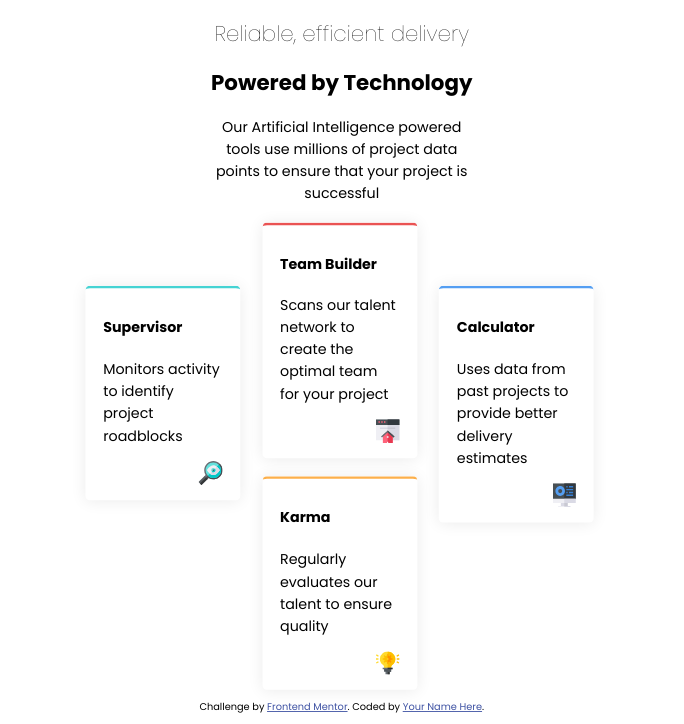
Repository: BuduCE/four-card-feature-section-master
Page: index.html
The author's editor kept a copy of each file at every save. The page is drawn from the files as they stood at one save, then again after a run of saves.
The browser window is 768 px wide. The pictures show the whole page, at 89% of full size.

Above is the page before, as saved 2023-06-06 15:53:00.

After the next 3 saves:
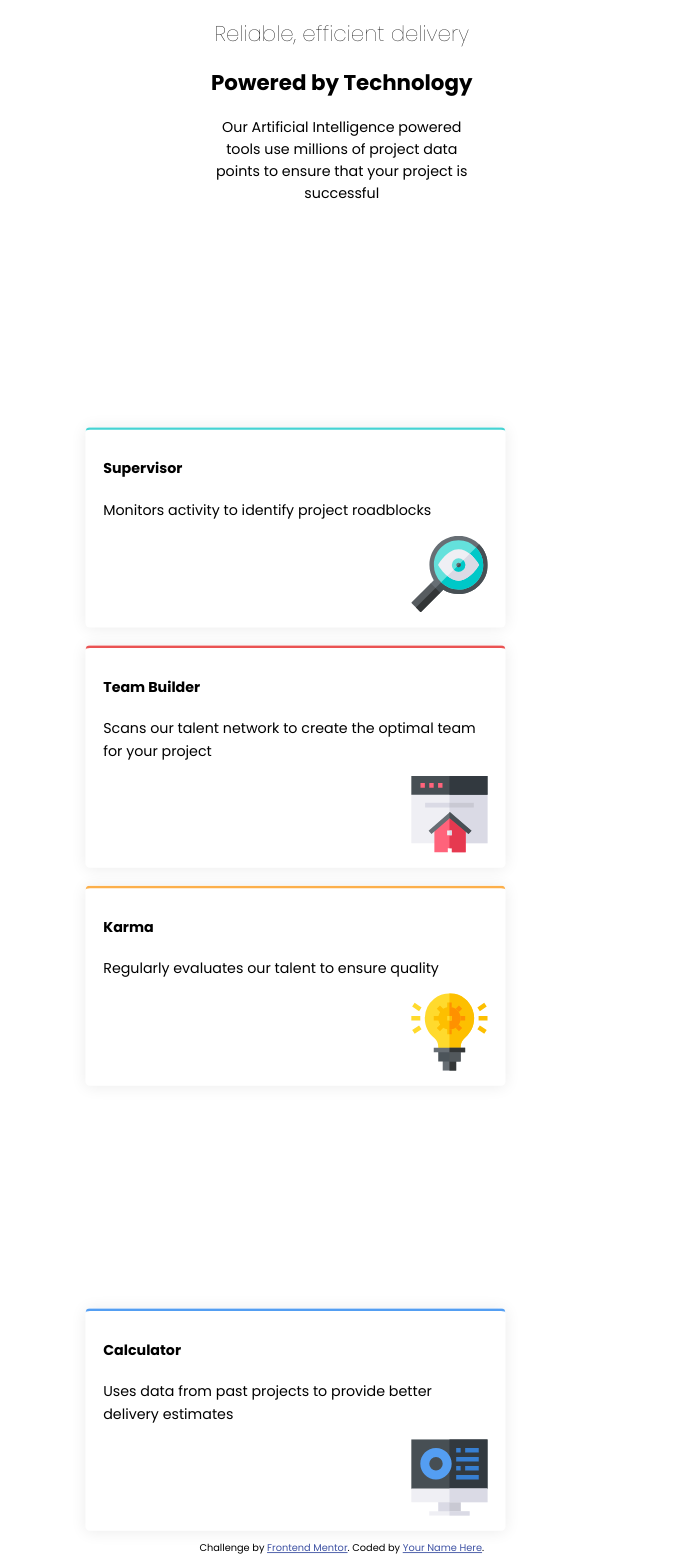
The 3 saves are shown as one change because they came seconds apart.
The last was saved 8 s later.
--- a/styles.css
+++ b/styles.css
@@ -36,7 +36,9 @@ body {
     margin-top: 20px;
 }
 @media screen and (max-width: 783px) {
-    .product_card
+    .product_card{
+        grid-template-columns: 1fr;
+    }
 }
 .card{
     padding: 10px 20px;
